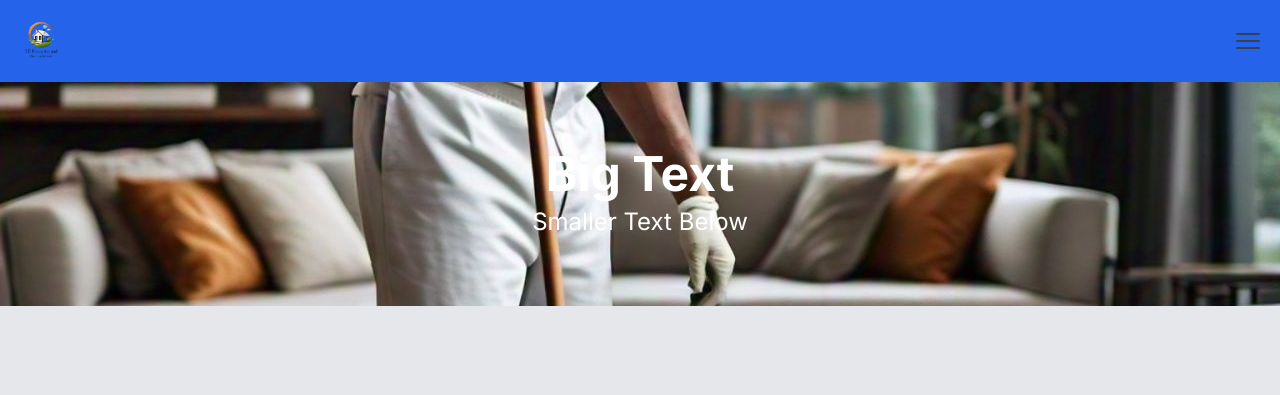
Repository: devmskhan/sdpropandclean
Page: /
The author's editor kept a copy of each file at every save. The page is drawn from the files as they stood at one save, then again after a run of saves.
The browser window is 1280 px wide. The pictures show the whole page.
The project was rebuilt for these pictures with package versions that can differ from the ones it lists, and the page was loaded fresh each time. The framework's server and built-in components were replaced by stand-ins that run in the browser. Also part of the build but not shown: next.config.mjs.

Above is the page before, as saved 2024-09-02 14:22:33.

After the next 7 saves:
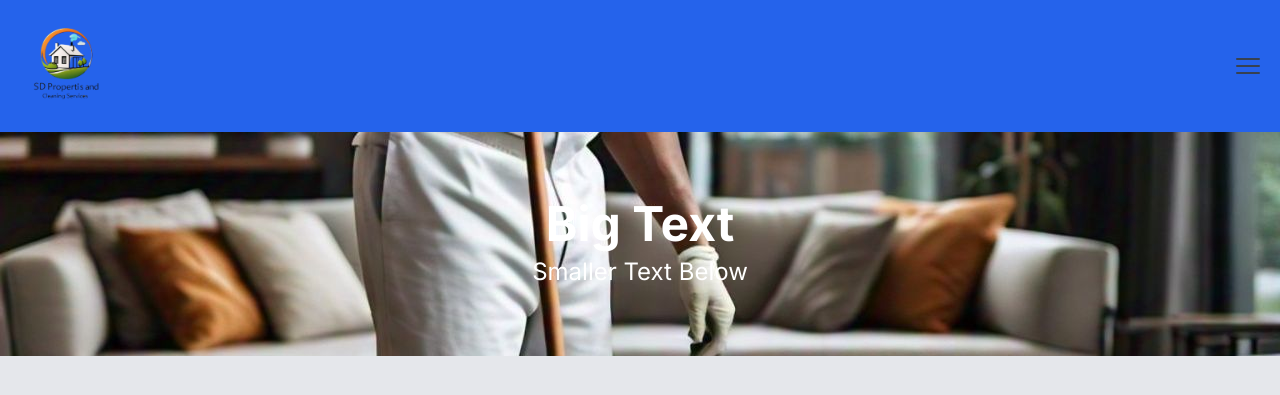
The 7 saves are shown as one change because they came seconds apart.
The last was saved 96 s later.
--- a/components/Header.tsx
+++ b/components/Header.tsx
@@ -10,8 +10,8 @@ function Header() {
         <Image
           src="/logo.png"
           alt="Logo"
-          width={50}
-          height={50}
+          width={100}
+          height={100}
           className="cursor-pointer"
         />
       </div>
